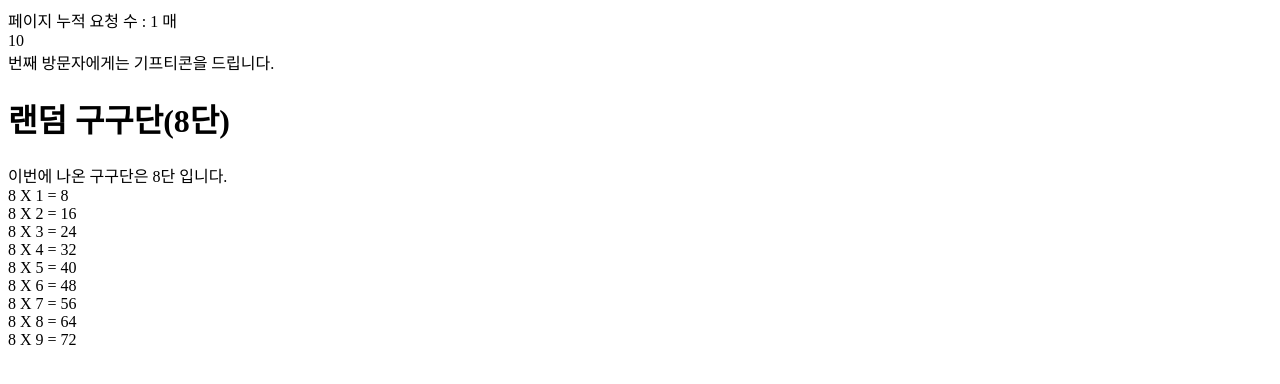
Repository: GITJIWOO/JavaBasic
Page: http://localhost/JSPBasic/Tag_quiz02.jsp
These files come from the project's save history. The page is drawn as it stood at one moment and after the next save; the edit follows.
The browser window is 1280 px wide. The pictures show the whole page.
The page is served by Tomcat 9.

Above is the page before, as saved 2021-07-29 07:53:33.

After the next save:
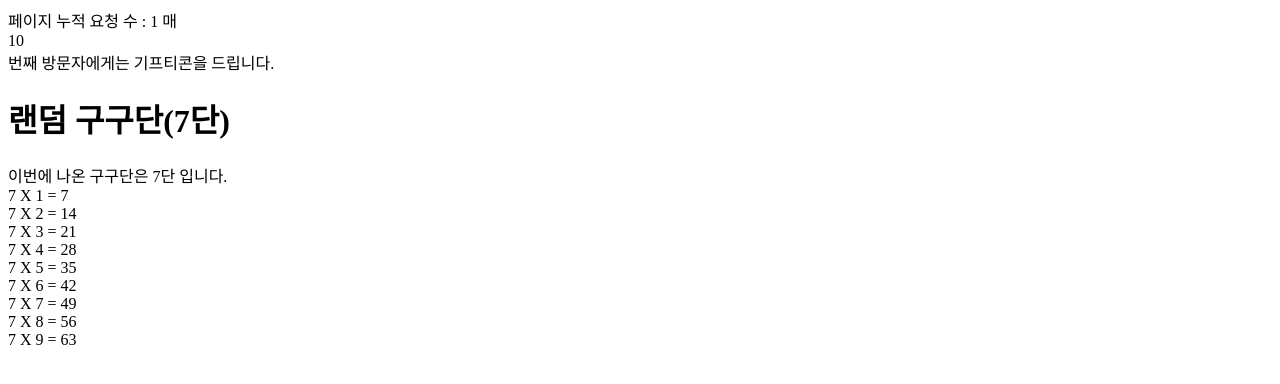
Saved 6 s later.
--- a/JSPBasic/WebContent/Tag_quiz02.jsp
+++ b/JSPBasic/WebContent/Tag_quiz02.jsp
@@ -17,7 +17,7 @@
 		if(total >= 10){
 			out.println("당첨되셧습니다!!");
 		}
-		int ranNum = (int)((Math.random() * 9) + 2);
+		int ranNum = (int)((Math.random() * 8) + 2);
 		out.println("<h1>랜덤 구구단(" + ranNum + "단)</h1>");
 		out.println("이번에 나온 구구단은 " + ranNum + "단 입니다.<br/>");
 
